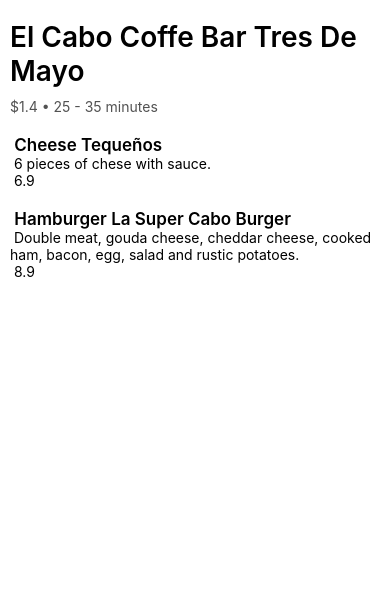
Repository: leroy-netizen/rn-uber-eats-client
Screen: /
These files come from the project's save history. The screen is drawn as it stood at one moment and after the next save; the edit follows.
The pictures show rows 234 to 844 of an output 844 px tall.
The app was drawn by React Native's web renderer in a window 390 px wide. The project was rebuilt for these pictures with package versions that can differ from the ones it lists, and the page was loaded fresh each time. Also part of the build but not shown: src/components/restaurantItem/RestaurantItem.jsx, src/screens/HomeScreen/index.js.

Above is the screen before, as saved 2023-01-16 16:31:30.

### App.js
import { StatusBar } from "expo-status-bar";
import { StyleSheet, Text, View, FlatList } from "react-native";
import HomeScreen from "./src/screens/HomeScreen/index.js";
import RestaurantDetails from "./src/screens/ResturantDetailsScreen/index.js";
export default function App() {
  return (
    <View style={styles.container}>
      {/* <HomeScreen /> */}
      <RestaurantDetails />
      <StatusBar style="light" />
    </View>
  );
}

const styles = StyleSheet.create({
  container: {
    flex: 1,
    backgroundColor: "#fff",
    alignItems: "center",
    justifyContent: "center",
    // padding: 10,
    // paddingVertical: 30,
  },
});

### src/screens/ResturantDetailsScreen/index.js
import { View, Text, Image, StyleSheet, FlatList } from "react-native";
import { Ionicons } from "@expo/vector-icons";
import restaurants from "../../../assets/data/restaurants.json";
import DishListItem from "../../components/DishListItem";
const restaurant = restaurants[0];
const RestaurantDetails = () => {
  return (
    <View style={styles.page}>
      <Image
        source={{ uri: restaurant.image }}
        style={styles.image}
        resizeMode="cover"
      />
      <View style={styles.iconContainer}>
        <Ionicons name="arrow-back-circle" size={35} color="white" />
      </View>
      <View style={styles.container}>
        <Text style={styles.title}>{restaurant.name}</Text>
        <Text style={styles.subtitle}>
          ${restaurant.deliveryFee} &#8226; {restaurant.minDeliveryTime} -{" "}
          {restaurant.maxDeliveryTime} minutes
        </Text>
          </View>
          <DishListItem dish={ restaurant.dishes[0]} />
          <DishListItem dish={ restaurant.dishes[1]} />
    </View>
  );
};

const styles = StyleSheet.create({
  page: {
    flex: 1,
  },
  image: {
    width: "100%",
    aspectRatio: 5 / 3,
  },
  iconContainer: {
    position: "absolute",
    top: 35,
    left: 15,
  },
  container: {
    margin: 10,
  },
  title: {
    fontWeight: "600",
    fontSize: 28,
    marginVertical: 10,
  },
  subtitle: {
    color: "#525252",
  },
});

export default RestaurantDetails;

### assets/data/restaurants.json
[
  {
    "id": "1",
    "name": "El Cabo Coffe Bar Tres De Mayo",
    "deliveryFee": 1.4,
    "minDeliveryTime": 25,
    "maxDeliveryTime": 35,
    "rating": 4.0,
    "image": "https://notjustdev-dummy.s3.us-east-2.amazonaws.com/uber-eats/restaurant1.jpeg",
    "dishes": [
      {
        "name": "Cheese Tequeños",
        "description": "6 pieces of chese with sauce.",
        "price": 6.9,
        "image": "https://notjustdev-dummy.s3.us-east-2.amazonaws.com/uber-eats/restaurant2.jpeg"
      },
      {
        "name": "Hamburger La Super Cabo Burger",
        "description": "Double meat, gouda cheese, cheddar cheese, cooked ham, bacon, egg, salad and rustic potatoes.",
        "price": 8.9,
        "image": "https://notjustdev-dummy.s3.us-east-2.amazonaws.com/uber-eats/restaurant3.jpeg"
      },
      {
        "name": "U.S.A. Burger",
        "description": "Beef, gouda cheese, cheddar cheese, cooked ham, bacon, egg and salad.",
        "price": 5.4
      },
      {
        "name": "Slices of Llanero Cheese",
        "description": "Ripe plantain with cheese and palm honey.",
        "price": 5.9
      },
      {
        "name": "Papas Locas El Cabo",
        "description": "French fries with shredded chicken, gouda cheese and ham.",
        "price": 7.9
      }
    ]
  },
  {
    "id": "2",
    "name": "Tony Roma's - C.C. Meridiano",
    "deliveryFee": 0.4,
    "minDeliveryTime": 25,
    "maxDeliveryTime": 35,
    "rating": 4.7,
    "image": "https://notjustdev-dummy.s3.us-east-2.amazonaws.com/uber-eats/restaurant2.jpeg",
    "dishes": [
      {
        "name": "Cajun Ribs",
        "description": "For lovers of a spicy touch. Ribs bathed in our Original sauce accompanied by Cajun spices. Served with French fries and coleslaw.",
        "price": 18.95
      },
      {
        "name": "The Original Baby Backs",
        "description": "The house specialty. Pork ribs cooked on the barbecue and marinated with our original barbecue sauce. Served with French fries and coleslaw.",
        "price": 19.95
      },
      {
        "name": "Carolina Honey",
        "description": "Our famous ribs marinated with our Carolina honey sauce, a mixture of honey with our original sauce. Ideal for those looking for a sweet touch. Served with French fries and coleslaw.",
        "price": 18.95,
        "image": "https://notjustdev-dummy.s3.us-east-2.amazonaws.com/uber-eats/restaurant2.jpeg"
      },
      {
        "name": "Onion Rings",
        "description": "Los tradicionales aros de cebolla de tony roma's dorados, crujientes y ligeros. Únicos en el mundo, acompañados de salsa BBQ.",
        "price": 6.95
      },
      {
        "name": "Nachos Tony Roma's",
        "description": "The best selling nachos! with our blend of melted cheeses, accompanied by guacamole, crispy bacon, ranch beans, and sour cream.",
        "price": 10.95
      }
    ]
  },
  {
    "id": "3",
    "name": "Brothers Barbecue",
    "deliveryFee": 1.4,
    "minDeliveryTime": 20,
    "maxDeliveryTime": 30,
    "rating": 4.3,
    "image": "https://notjustdev-dummy.s3.us-east-2.amazonaws.com/uber-eats/restaurant3.jpeg",
    "dishes": [
      {
        "name": "Burger Mustang",
        "description": "Homemade bread, burger sauce, lettuce, sweet and sour pickle, bacon, cheddar and BBQ sauce. Beef 180 grams.",
        "price": 5.9
      },
      {
        "name": "Alabama bread",
        "description": "Artisan bread, butter sauce, garlic, BBQ chicken and cheddar.",
        "price": 3.0
      },
      {
        "name": "New York Burger",
        "description": "Homemade bread, lettuce, burger sauce, 180 grams of beef, goat cheese and roasted apple.",
        "price": 5.9
      },
      {
        "name": "Mac & Cheese Burger",
        "description": "Homemade bread, lettuce, burger sauce, 180 grams of beef, mac and cheese, and American-style bacon.",
        "price": 5.9
      },
      {
        "name": "Nachos Brothers",
        "description": "Nachos, guacamole, cheddar sauce, beans, bacon, and cream cheese.",
        "price": 5.2
      }
    ]
  },
  {
    "id": "4",
    "name": "Hamburguesa Nostra La Salle",
    "deliveryFee": 0.9,
    "minDeliveryTime": 30,
    "maxDeliveryTime": 40,
    "rating": 4.5,
    "image": "https://notjustdev-dummy.s3.us-east-2.amazonaws.com/uber-eats/restaurant4.jpeg",
    "dishes": [
      {
        "name": "English burger",
        "description": "Beef with bacon, portobello mushrooms, tomato, cheddar cheese, grilled egg and our smoked sauce.",
        "price": 14.9
      },
      {
        "name": "Mexican Burger",
        "description": "Beef, with pico de gallo, veggie chili, cheddar cheese, guacamole and smoked sauce.",
        "price": 14.9
      },
      {
        "name": "Tequeños",
        "description": "Crispy sticks filled with melted cheese accompanied by tomato chutney.",
        "price": 9.9
      },
      {
        "name": "Starters Combo",
        "description": "Tequeños, crispy onion and chicken delicacies.",
        "price": 13.9
      },
      {
        "name": "Cesar Salad",
        "description": "Green sprouts, pieces of grilled bacon, chicken delicacies, grated Parmesan, muffin croutons and fried onion confetti dressed with Caesar sauce.",
        "price": 10.5
      }
    ]
  }
]

### src/components/DishListItem/index.js
import { View, Image, Text, FlatList, StyleSheet } from "react-native";

const DishListItem = ({dish}) => {
  return (
    <View style={styles.container}>
          <Text style={styles.name}> { dish.name}</Text>
          <Text stle={styles.description}> { dish.description}</Text>
          <Text style={styles.price}> { dish.price}</Text>
    </View>
  );
};

const styles = StyleSheet.create({
  container: {
    margin: 10,
  },
  name: {
    fontSize: 17,
    fontWeight: "600",
  },
  description: {
    color: "red",
  },
  price: {},
});
export default DishListItem;

After the next save:
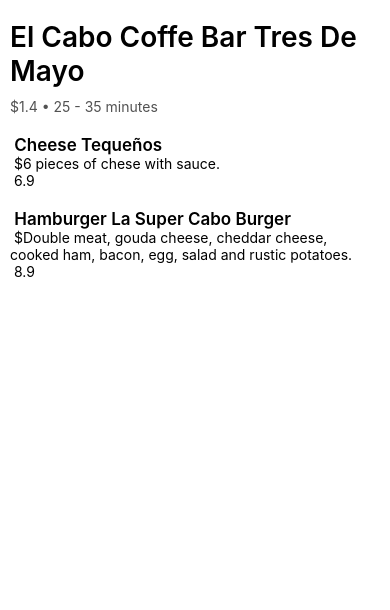
Saved 8 s later.
--- a/src/components/DishListItem/index.js
+++ b/src/components/DishListItem/index.js
@@ -4,7 +4,7 @@ const DishListItem = ({dish}) => {
   return (
     <View style={styles.container}>
           <Text style={styles.name}> { dish.name}</Text>
-          <Text stle={styles.description}> { dish.description}</Text>
+          <Text stle={styles.description}> ${ dish.description}</Text>
           <Text style={styles.price}> { dish.price}</Text>
     </View>
   );
